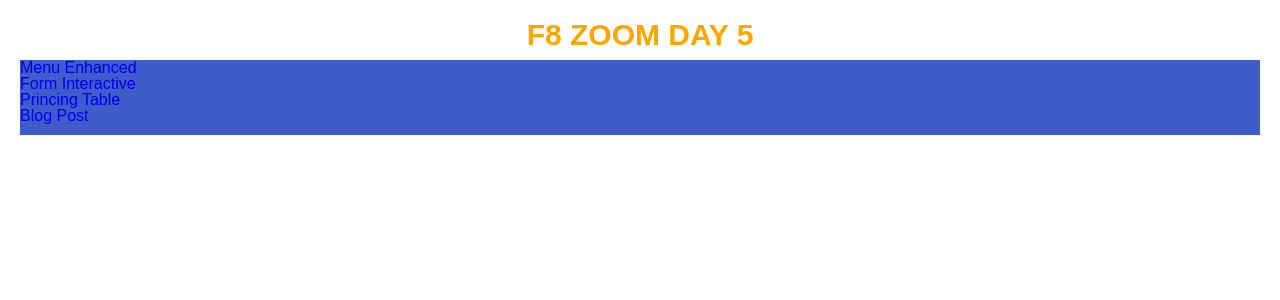
Repository: lannguyen1301/f8-zoom-day-5
Page: index.html
The author's editor kept a copy of each file at every save. The page is drawn from the files as they stood at one save, then again after a run of saves.
The browser window is 1280 px wide. The pictures show the whole page.

Above is the page before, as saved 2025-04-21 13:22:19.

### index.html
<!DOCTYPE html>
<html lang="en">

<head>
    <meta charset="UTF-8">
    <meta name="viewport" content="width=device-width, initial-scale=1.0">
    <title>F8 ZOOM DAY 5</title>
    <link rel="stylesheet" href="./assets/css/reset.css">
    <link rel="stylesheet" href="./assets/css/style.css">
</head>

<body>
    <div class="inner">
        <h1 class="title-desc">F8 ZOOM DAY 5</h1>
        <nav style="navbar">
            <ul class="navbar__list">
                <li class="navbar__item">
                    <a href="./menu-enhanced.html" class="navbar__link" target="_blank">Menu Enhanced</a>
                </li>
                <li class="navbar__item">
                    <a href="./form-interactive.html" class="navbar__link" target="_blank">Form Interactive</a>
                </li>
                <li class="navbar__item">
                    <a href="./pricing-table.html" class="navbar__link" target="_blank">Princing Table</a>
                </li>
                <li class="navbar__item">
                    <a href="./blog-post.html" class="navbar__link" target="_blank">Blog Post</a>
                </li>
            </ul>
        </nav>
    </div>
</body>

</html>

### assets/css/style.css
* {
    box-sizing: border-box;
}

html {
    font-size: 62.5%;
}

body {
    font-size: 1.6rem;
    font-family: "poppins", sans-serif;
}

/* common*/
a {
    text-decoration: none;
}

.inner {
    margin: 0 auto;
    padding: 20px;
}

.title-desc {
    font-size: 3rem;
    text-align: center;
    font-weight: 900;
    color: orange;
}

.list {
    display: flex;
    align-items: center;
    justify-content: space-evenly;
    margin-top: 30px;
    background-color: #3e5cca;
}
.item {
    height: 50px;
}
.link {
    color: #fff;
    line-height: 50px;
    font-weight: 500;
    font-size: 1.6rem;
}

/* navbar */
nav {
    margin-top: 10px;

    height: 75px;
    background-color: #3e5cca;
}

/* ul.navbar-list {
    display: flex;
    align-items: center;
    justify-content: space-evenly;
} */

ul.navbar-list {
    text-align: center;
}

.navbar-item {
    display: inline-block;
    margin-left: -4px;
}

.nabar-link {
    line-height: 75px;
    color: #fff;

    font-weight: 500;
    padding: 0 30px;
}

.active,
.navbar-item:hover {
    background-color: #fff;
}

.navbar-item:hover > a,
.active > a {
    color: #0f0f0f;
}

Loaded but not shown: assets/css/reset.css (common file)

After the next 2 saves:
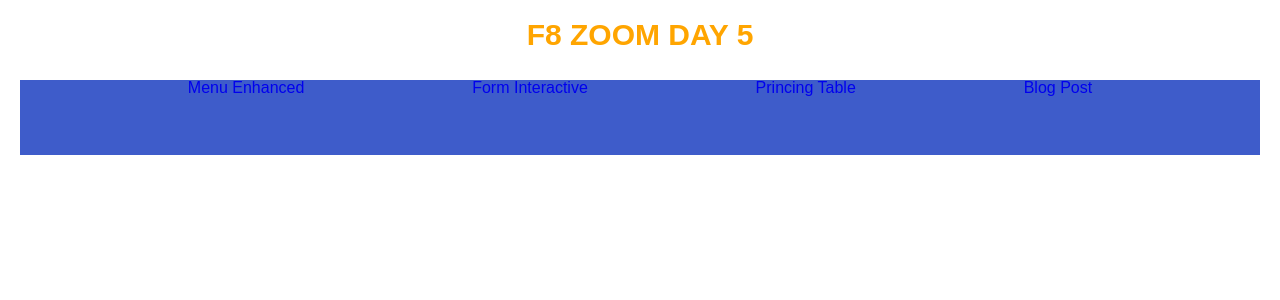
The 2 saves are shown as one change because they came seconds apart.
The last was saved 15 s later.
--- a/assets/css/style.css
+++ b/assets/css/style.css
@@ -28,13 +28,14 @@ a {
     color: orange;
 }
 
-.list {
+.navbar__list {
     display: flex;
     align-items: center;
     justify-content: space-evenly;
     margin-top: 30px;
     background-color: #3e5cca;
 }
+
 .item {
     height: 50px;
 }
